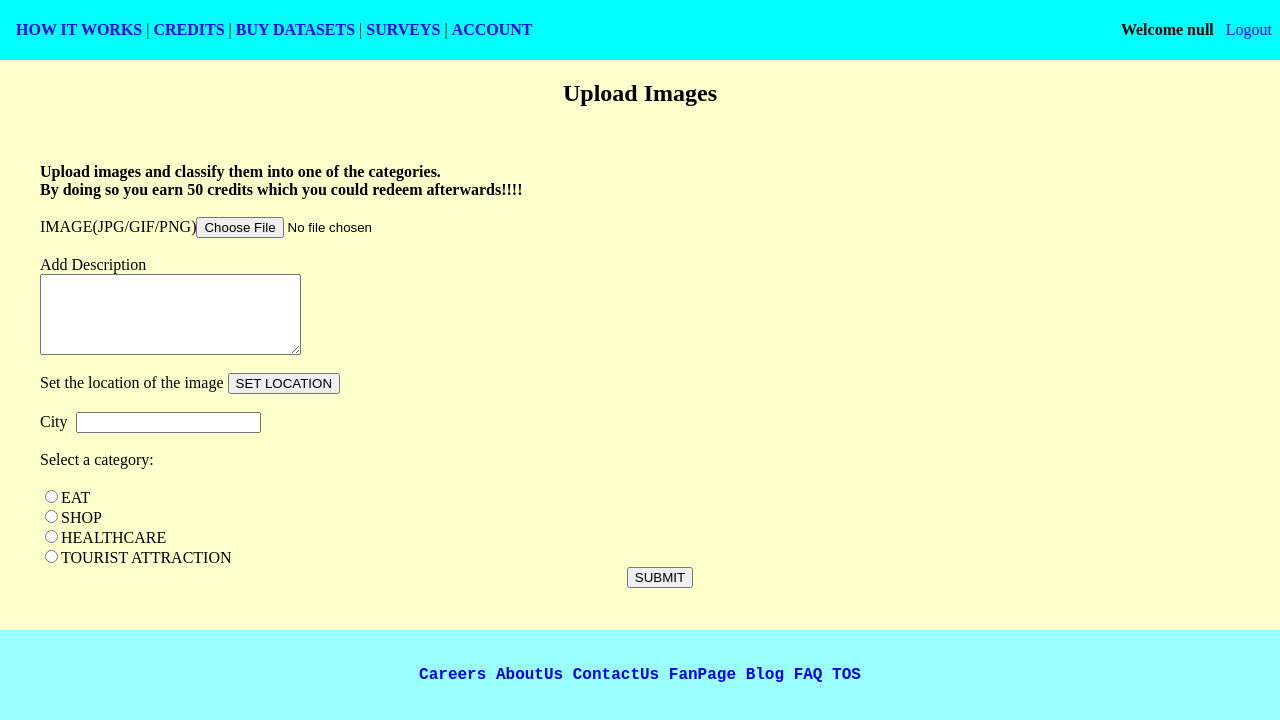
Repository: nicks707/LocoShack_TGMC-project
Page: http://localhost/ram/uploadphoto.jsp
The author's editor kept a copy of each file at every save. The page is drawn from the files as they stood at one save, then again after the next save.
The browser window is 1280 px wide. The pictures show the whole page.
The page is served by Tomcat 9.

Above is the page before, as saved 2012-03-20 11:34:45.

After the next save:
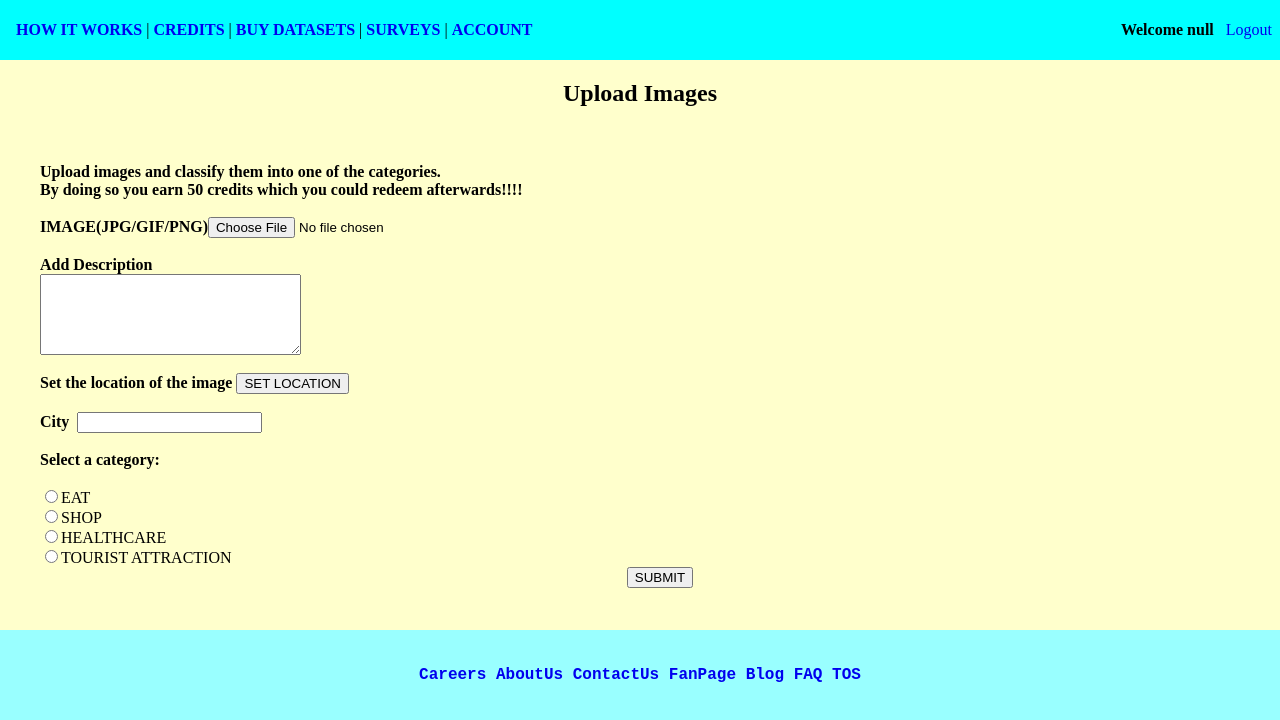
Saved 79 s later.
--- a/ram/WebContent/uploadphoto.jsp
+++ b/ram/WebContent/uploadphoto.jsp
@@ -21,14 +21,14 @@ html, body,table
 <b>Upload images and classify them into one of the categories.<br/>
 By doing so you earn 50 credits which you could redeem afterwards!!!!</b><br/><br/>
 <form action="upload.jsp">
-IMAGE(JPG/GIF/PNG)<input type="file" name="image" id="image" size="20"><br/><br/>
-Add Description<br/>
+<b>IMAGE(JPG/GIF/PNG)</b><input type="file" name="image" id="image" size="20"><br/><br/>
+<b>Add Description</b><br/>
 <textarea rows="5" cols="30"></textarea><br/><br/>
-Set the location of the image&nbsp;<input type="button" value="SET LOCATION" onclick="window.open('setloc2.jsp','setloc2')"><br/><br/>
+<b>Set the location of the image</b>&nbsp;<input type="button" value="SET LOCATION" onclick="window.open('setloc2.jsp','setloc2')"><br/><br/>
 <input type="hidden" name="lat" id="lat">
 <input type="hidden" name="lat" id="lat">
-City&nbsp;&nbsp;<input type="text" name="city" id="city"><br/><br/>
-Select a category:<br/><br/>
+<b>City</b>&nbsp;&nbsp;<input type="text" name="city" id="city"><br/><br/>
+<b>Select a category:</b><br/><br/>
 <input type="radio" name="cat" value="eat">EAT<br/>
 <input type="radio" name="cat" value="shop">SHOP<br/>
 <input type="radio" name="cat" value="health">HEALTHCARE<br/>
